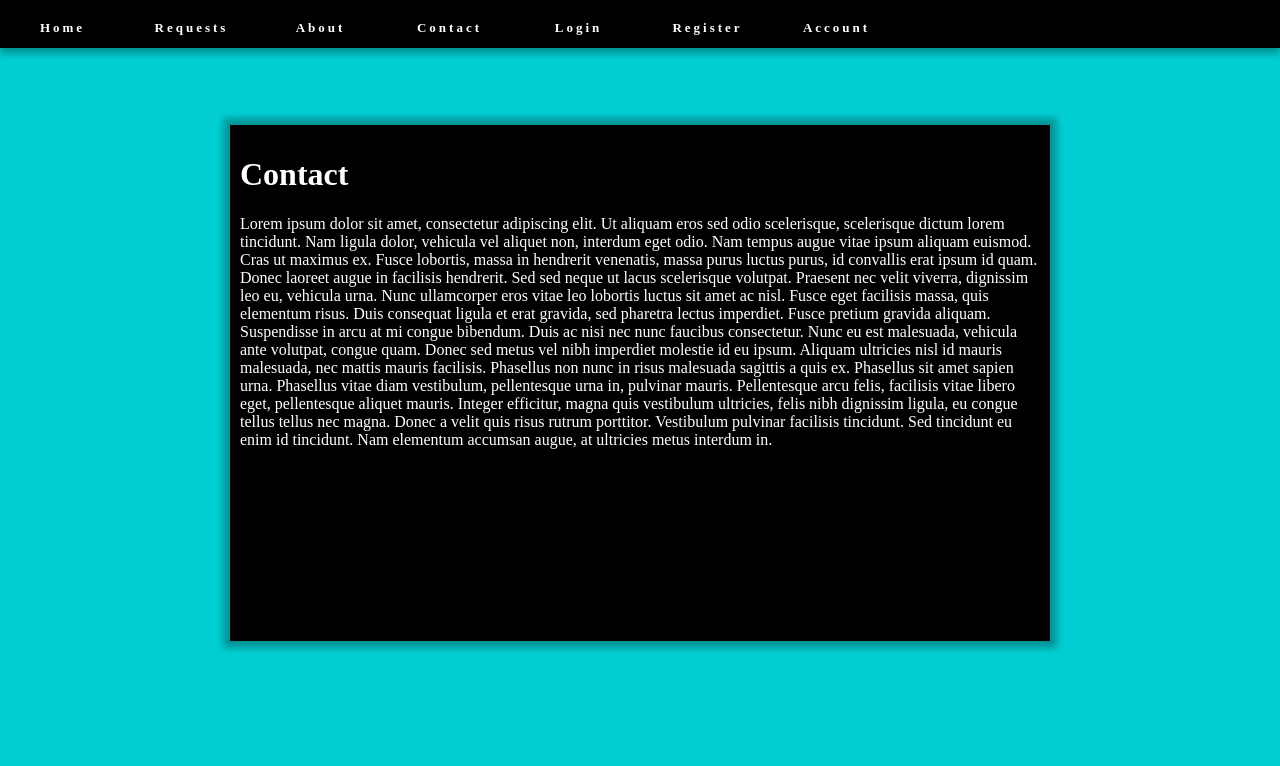
Repository: mailog/Tomorrow
Page: http://localhost/contact
The author's editor kept a copy of each file at every save. The page is drawn from the files as they stood at one save, then again after the next save.
The browser window is 1280 px wide. The pictures show the whole page.
The page is this project's Thymeleaf template; nobody is signed in. The template is opened directly, without the code that normally fills it, so the values that code supplies are empty.

Above is the page before, as saved 2017-07-30 03:48:19.

After the next save:
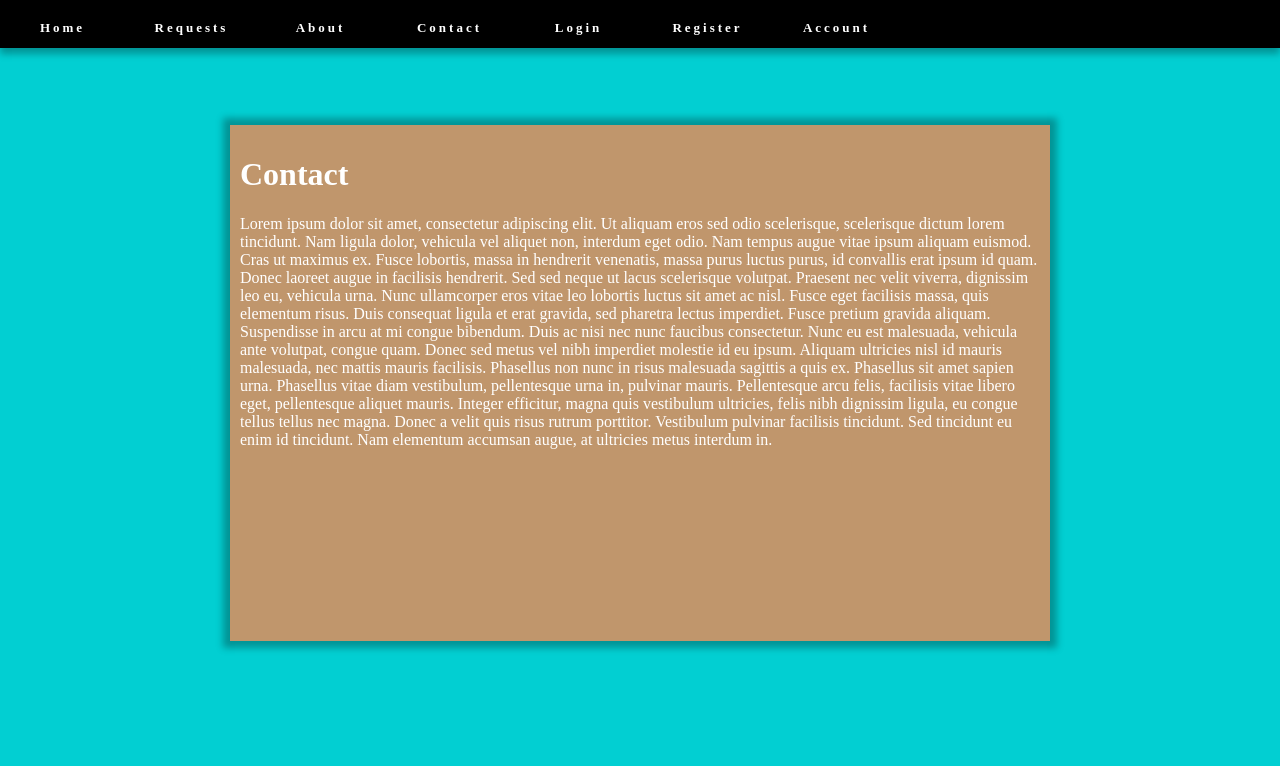
Saved 7 s later.
--- a/Tomorrow/src/main/resources/static/css/contact.css
+++ b/Tomorrow/src/main/resources/static/css/contact.css
@@ -1,6 +1,6 @@
 #contact
 {
-	background-color:#000000;
+	background-color:#C0966C;
 	position: relative;
 	margin: 125px auto;
 	color:white;
